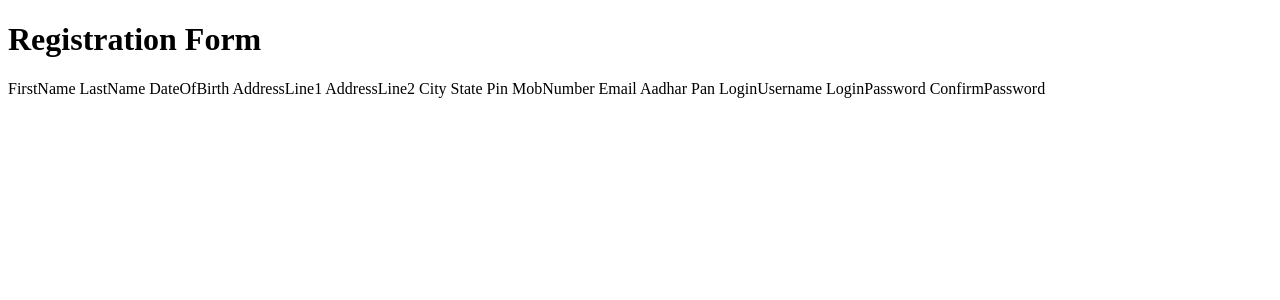
Repository: ishani17/DHANJYOTHI_BANKINGPROJECT
Page: http://localhost/netbank-dev/src/webapp/views/registration.jsp
An editor plug-in stored every save of this project. The page is shown before and after the next save, followed by the edit.
The browser window is 1280 px wide. The pictures show the whole page.
The page is served by Tomcat 9. Other server files are loaded and not shown.

Above is the page before, as saved 2020-06-30 10:56:36.

### netbank-dev/src/webapp/views/registration.jsp
<%@ page language="java" contentType="text/html; charset=ISO-8859-1"
    pageEncoding="ISO-8859-1"%>
<!DOCTYPE html>
<html>
<head>
<meta charset="ISO-8859-1">
<title>Insert title here</title>
</head>
<body>

  <h1> Registration Form  </h1>
  <form action= "userDetail">

  FirstName
  LastName
  DateOfBirth
  AddressLine1
  AddressLine2
  City
  State
  Pin
  MobNumber
  Email
  Aadhar
  Pan
  LoginUsername
  LoginPassword
  ConfirmPassword





  </form>




</body>
</html>

After the next save:
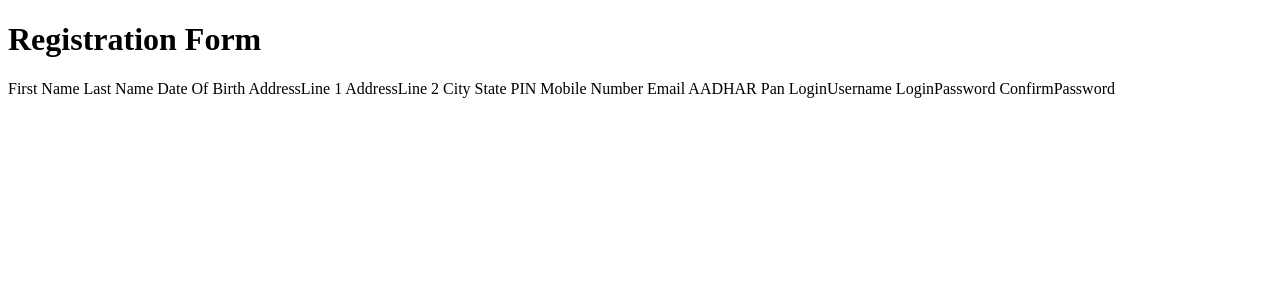
Saved 86 s later.
--- a/netbank-dev/src/webapp/views/registration.jsp
+++ b/netbank-dev/src/webapp/views/registration.jsp
@@ -11,17 +11,17 @@
   <h1> Registration Form  </h1>
   <form action= "userDetail">
 
-  FirstName
-  LastName
-  DateOfBirth
-  AddressLine1
-  AddressLine2
+  First Name
+  Last Name
+  Date Of Birth
+  AddressLine 1
+  AddressLine 2
   City
   State
-  Pin
-  MobNumber
+  PIN
+  Mobile Number
   Email
-  Aadhar
+  AADHAR
   Pan
   LoginUsername
   LoginPassword
